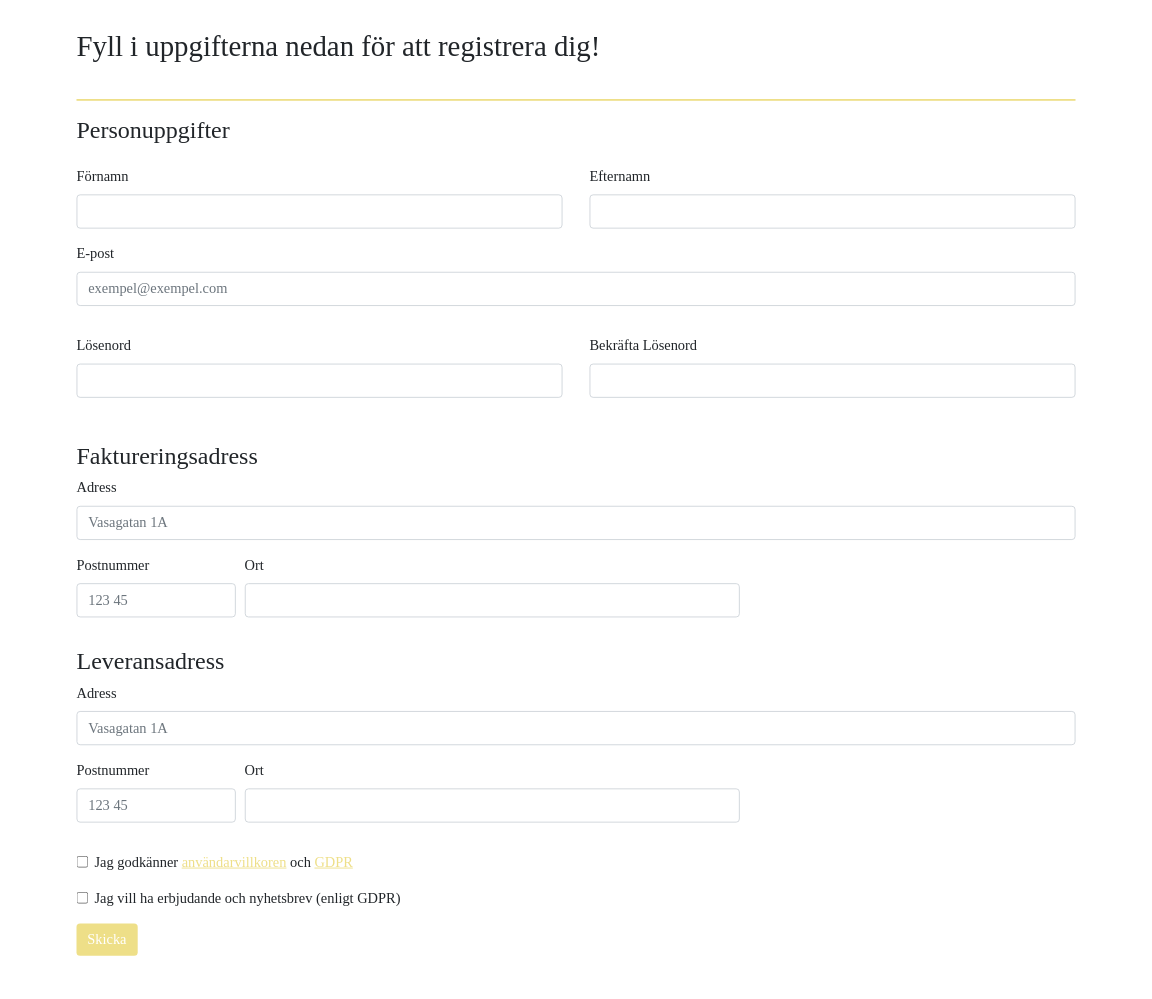
Repository: skepp4rn/Liamsuppgift3
Page: index.html
The author's editor kept a copy of each file at every save. The page is drawn from the files as they stood at one save, then again after the next save.
The browser window is 1280 px wide. The pictures show the whole page, at 90% of full size.
Some web libraries are served in a nearby version.

Above is the page before, as saved 2020-12-06 13:23:11.
Console error (its wording comes from the project's code and is left out).

After the next save:
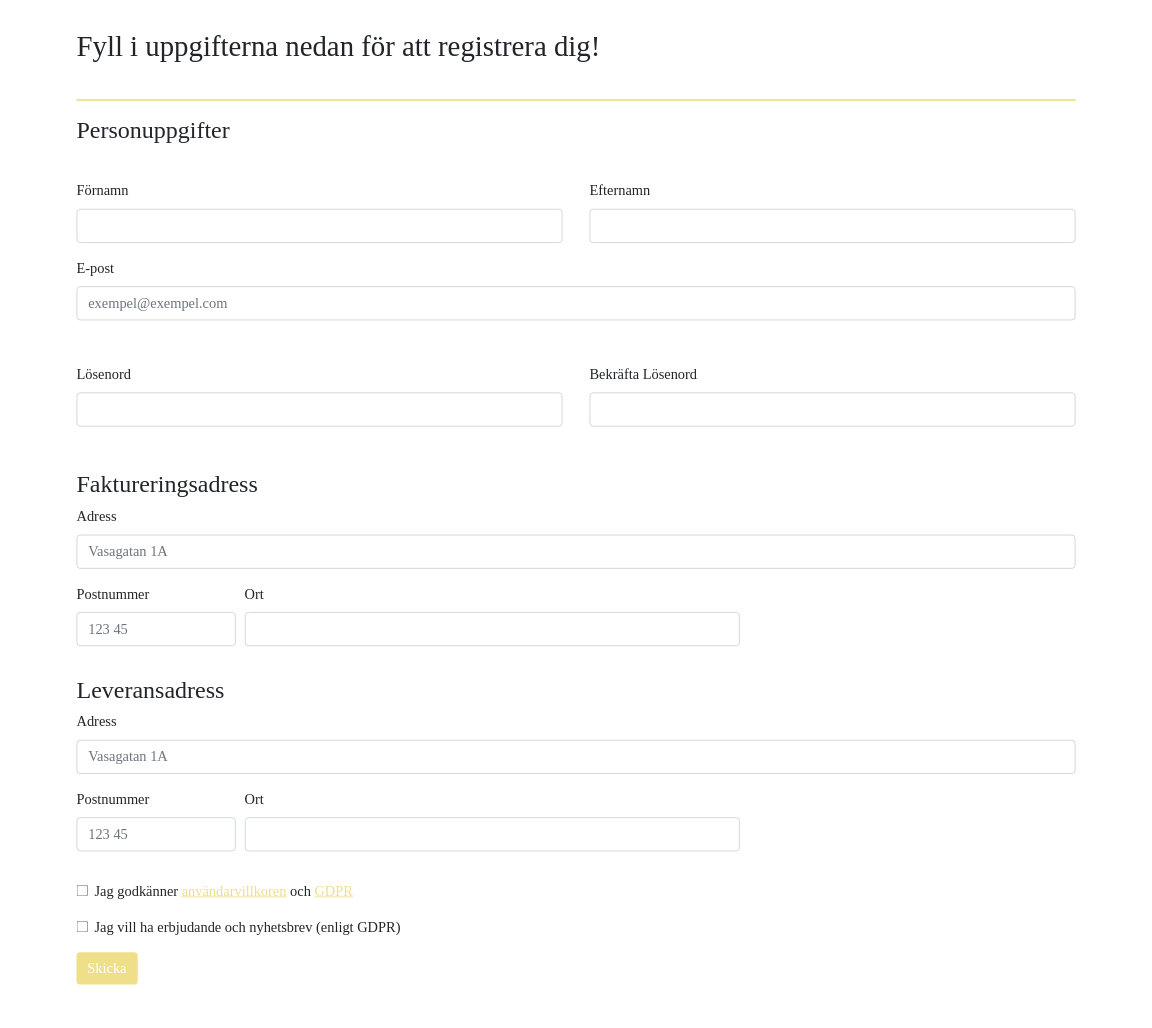
Saved 19 s later.
--- a/css/style.css
+++ b/css/style.css
@@ -2,7 +2,7 @@
 
 html,body{margin:0;padding:0;font-family:'Times New Roman', Times, serif}
 h3{font-size:20pt}.container{width:95vw;margin:auto}
-.row{padding-top:1rem;display:grid;grid-template-columns:1fr;grid-template-rows:1fr 1fr}
+.row{padding-top:2rem;display:grid;grid-template-columns:2fr;grid-template-rows:2fr 2fr}
 .col{padding-bottom:1rem}
 .whitespace{height:3rem}
 @media (min-width: 758px){.row{display:grid;grid-template-rows:1fr;grid-template-columns:1fr 1fr}
